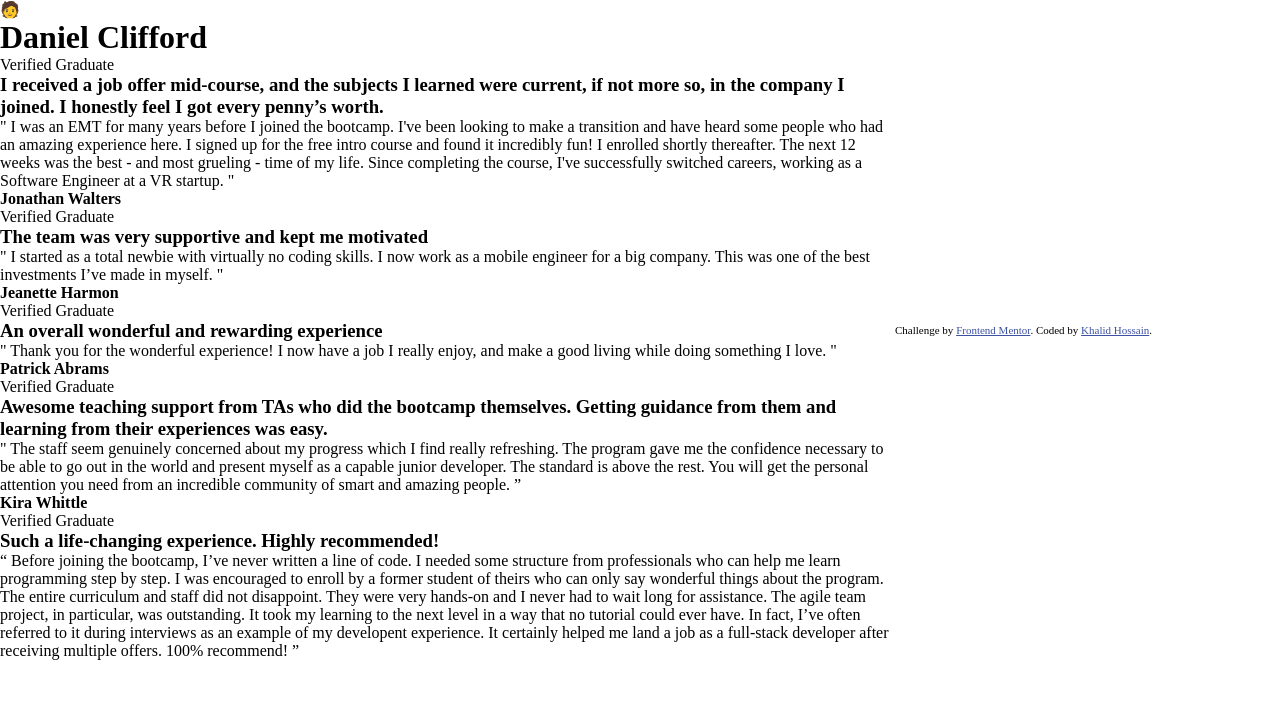
Repository: badhon252/Testimonials-Grid-Section
Page: index.html
These files come from the project's save history. The page is drawn as it stood at one moment and after the next save; the edit follows.
The browser window is 1280 px wide. The pictures show the whole page.

Above is the page before, as saved 2023-02-18 15:30:50.

After the next save:
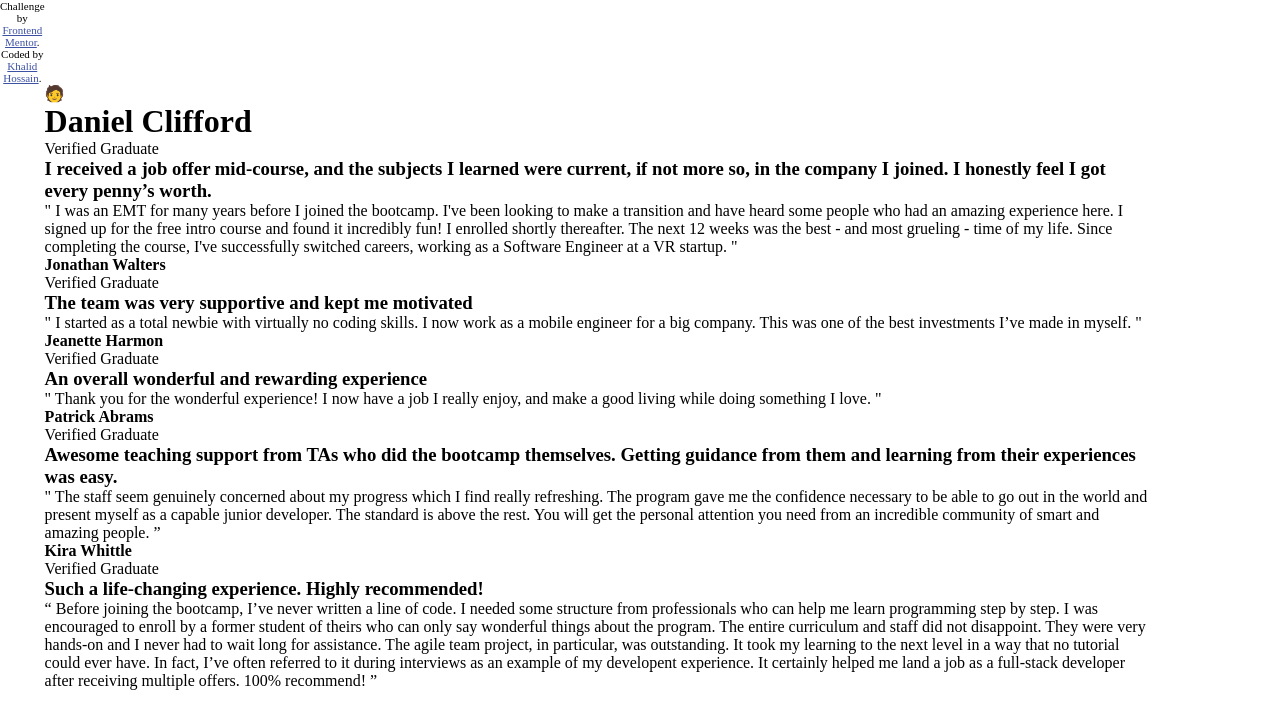
Saved 79 s later.
--- a/css/style.css
+++ b/css/style.css
@@ -13,9 +13,9 @@ body {
     max-width: 90%;
     display: grid;
     place-items: center;
-    /* grid-template-columns: 1fr 1fr 1fr 1fr;
-    grid-template-rows: 1fr 1fr 1fr 1fr; */
-    grid-template-areas: 'box1 box1 box2 box3' 'box4 box5 box5 box3';
+    grid-template-columns: 2fr 1fr 1fr;
+    grid-template-rows: 1fr 1fr 1fr 1fr;
+    /* grid-template-areas: 'box1 box1 box2 box3' 'box4 box5 box5 box3'; */
 }
 
 .box1 {
